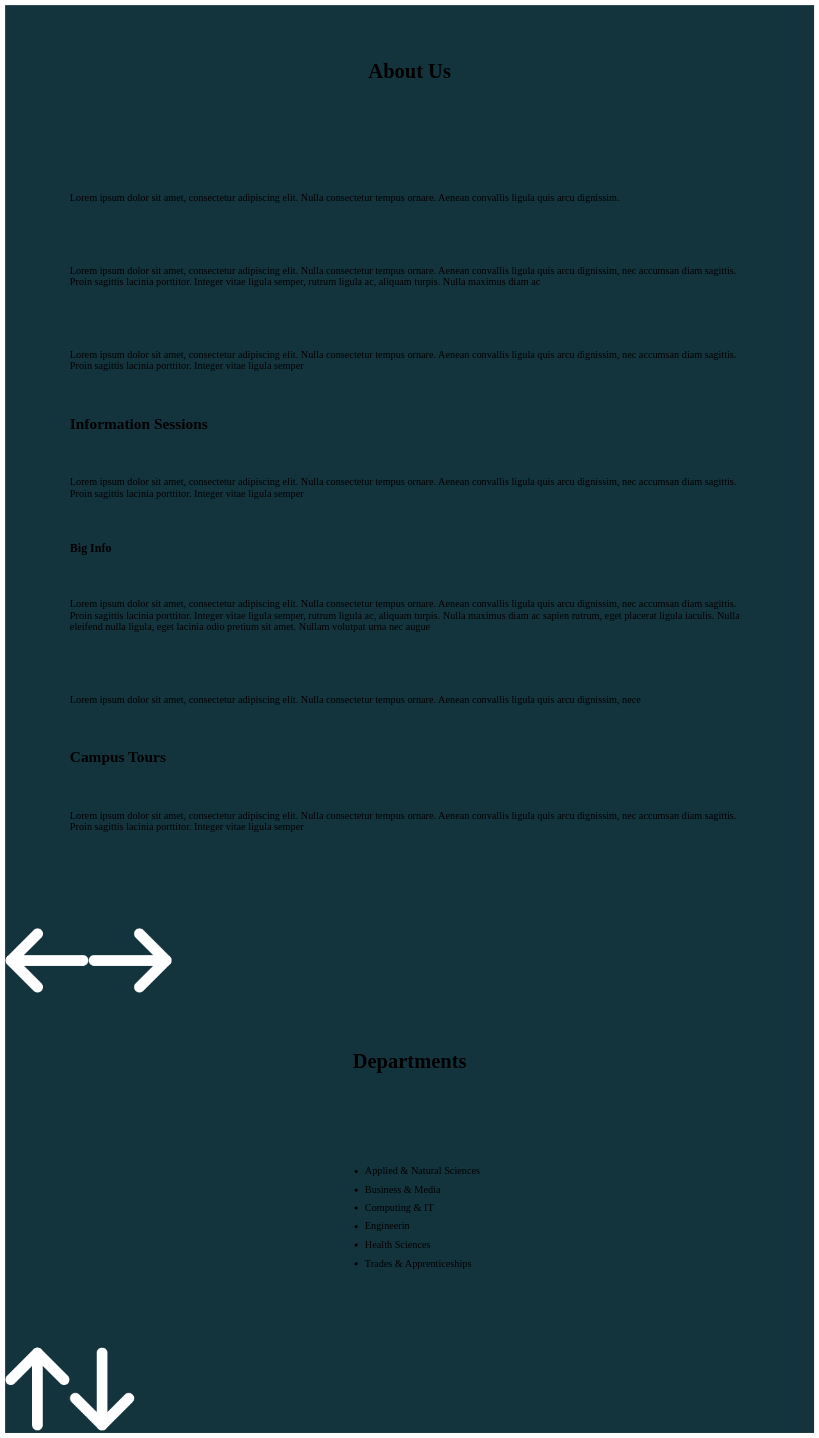
Repository: sierralaurent/MDIA2109-Assignment01
Page: /about
These files come from the project's save history. The page is drawn as it stood at one moment and after the next save; the edit follows.
The browser window is 1280 px wide. The pictures show the whole page, at 64% of full size.
The project was rebuilt for these pictures with package versions that can differ from the ones it lists, and the page was loaded fresh each time. The framework's server and built-in components were replaced by stand-ins that run in the browser. Also part of the build but not shown: next.config.js.

Above is the page before, as saved 2023-02-02 21:41:43.

After the next save:
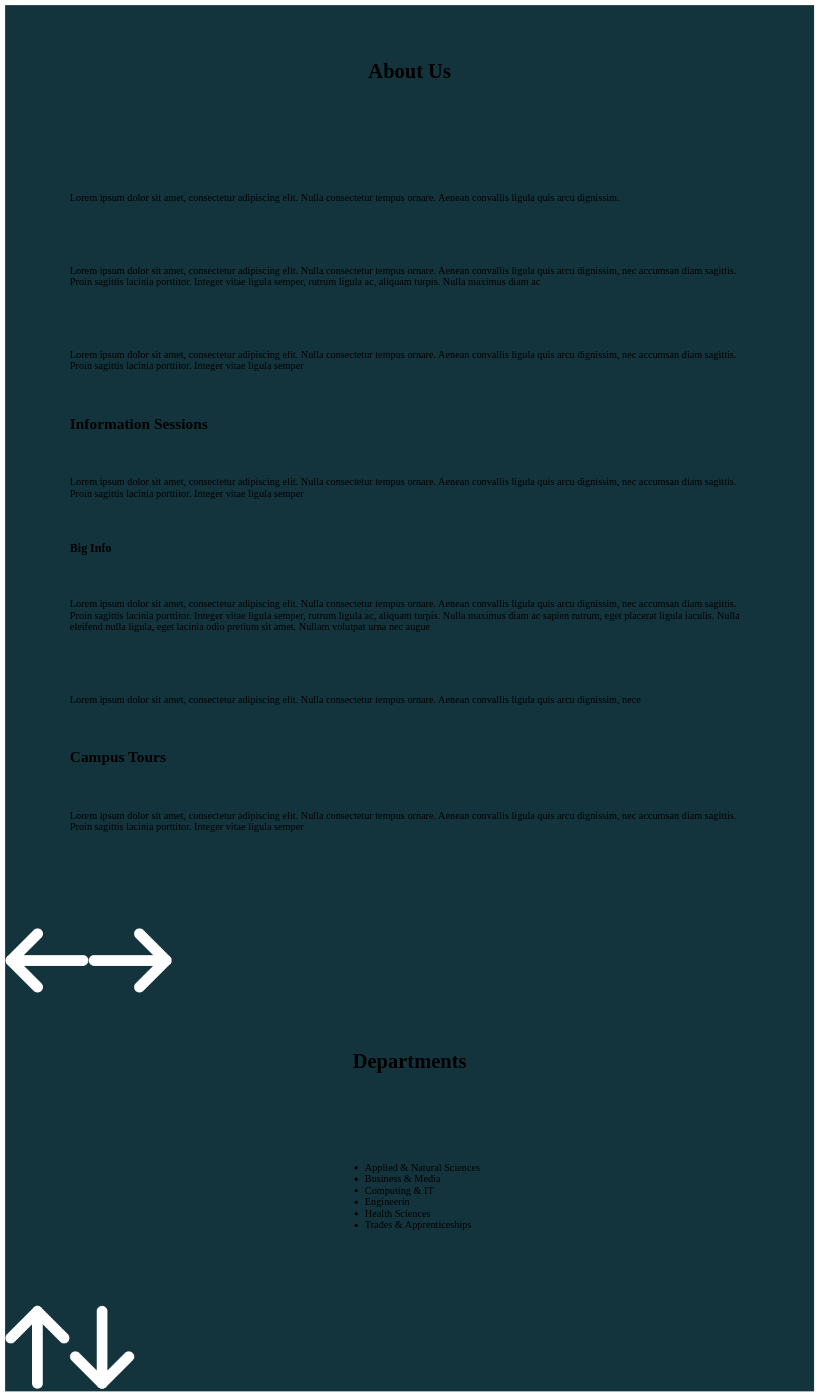
Saved 5 s later.
--- a/styles/Home.module.css
+++ b/styles/Home.module.css
@@ -30,7 +30,7 @@
   align-items: center ;
 }
 
-.info p, li {
+.info p {
   padding-top: 3%;
   padding-bottom: 3%;
 }

After the save that followed:
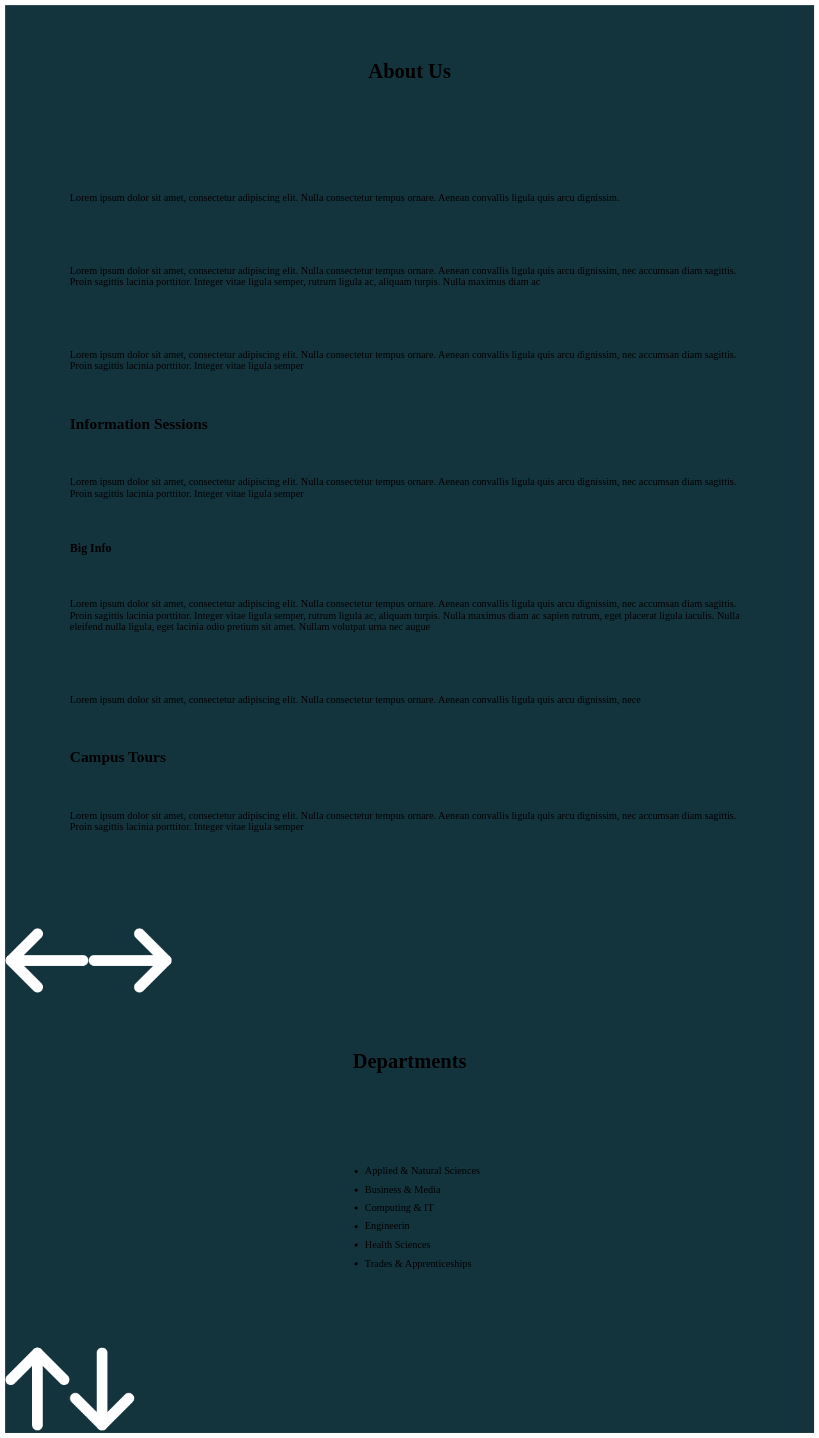
Saved 10 s later.
--- a/styles/Home.module.css
+++ b/styles/Home.module.css
@@ -36,7 +36,8 @@
 }
 
 .info li {
-
+  padding-top: 3%;
+  padding-bottom: 3%;
 }
 .info {
   display: flex;
